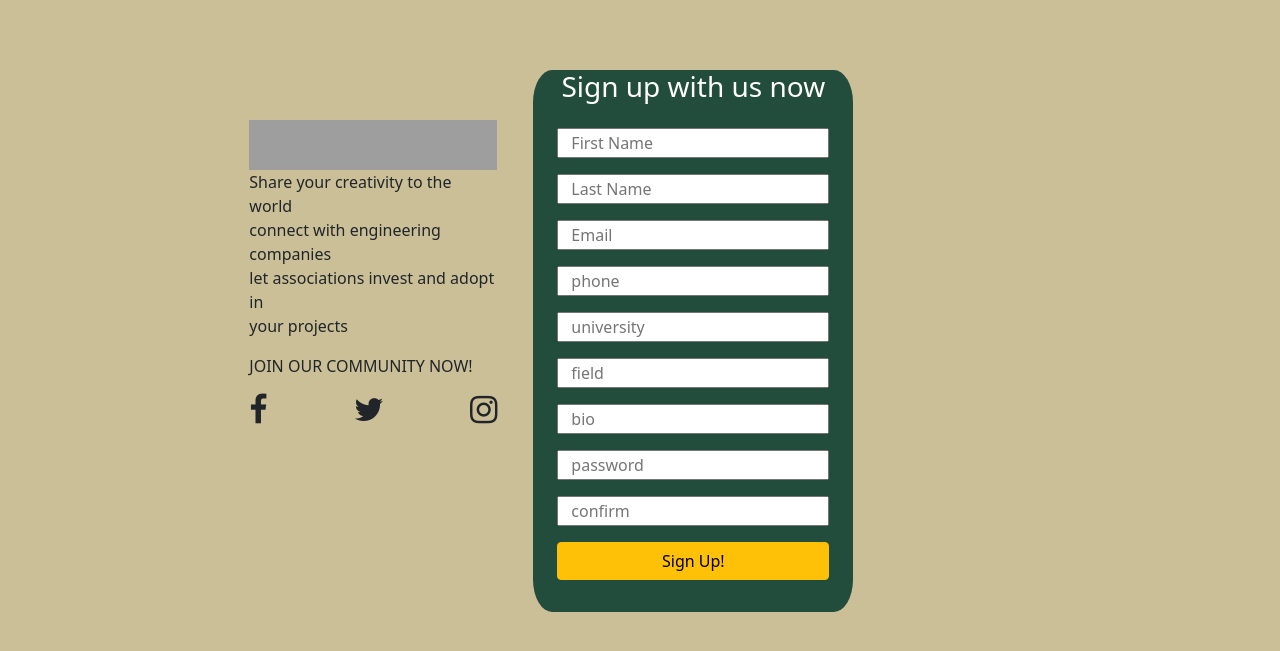
Repository: ahmadjamal-1997/Project-Taqadam
Page: http://localhost/Taqadam/WEB-INF/registrationstudent.jsp
These files come from the project's save history. The page is drawn as it stood at one moment and after the next save; the edit follows.
The browser window is 1280 px wide. The pictures show the whole page.
Pictures or frames that could not be fetched are drawn as grey boxes. The page is served by Tomcat 9. Nobody is signed in. Other server files are loaded and not shown. The template is opened directly, without the code that normally fills it, so the values that code supplies are empty.

Above is the page before, as saved 2022-03-31 10:37:48.

### Taqadam-new/Taqadam-java/Taqadam-new/Taqadam/src/main/webapp/WEB-INF/registrationstudent.jsp
<%@ page language="java" contentType="text/html; charset=UTF-8"
    pageEncoding="UTF-8"%>
<%@ taglib prefix="c" uri="http://java.sun.com/jsp/jstl/core" %>
<%@ taglib prefix="form" uri="http://www.springframework.org/tags/form" %>
<%@ page isErrorPage="true" %>
<!DOCTYPE html PUBLIC "-//W3C//DTD HTML 4.01 Transitional//EN" "http://www.w3.org/TR/html4/loose.dtd">
<html>
<head>
<meta http-equiv="Content-Type" content="text/html; charset=UTF-8">
<title>Registration Page</title>
<link href="https://cdn.jsdelivr.net/npm/bootstrap@5.1.3/dist/css/bootstrap.min.css" rel="stylesheet" integrity="sha384-1BmE4kWBq78iYhFldvKuhfTAU6auU8tT94WrHftjDbrCEXSU1oBoqyl2QvZ6jIW3" crossorigin="anonymous">
<link rel="stylesheet" href="https://cdnjs.cloudflare.com/ajax/libs/font-awesome/4.7.0/css/font-awesome.min.css">
<style>
        img{
            max-height: 50px;
        }
        .form{
            border-radius: 6%;
             display: flex;
             flex-direction: column;

             align-items: center;
             background-color: #224c3c;
        }
        .par{
        display:flex;
        justify-content:space-between;

        }
    </style>
</head>
   <body style="background-color: #cbbf98;">
    <div class="container-fluid" >
        <div class="row" style="height: 70px;">
        </div>
        <div class="row">
            <div class="col-2"></div>
            <div class="col-3">
            <div class="container">
            <div class="row" style="height:50px;">
            </div>
            	<div class="row">
                <img src="/photo/taqdam-01.png" alt="logo">
                </div>
                <p class="par">Share your creativity to the world<br>connect with engineering companies<br>
                let associations invest and adopt in<br>your projects</p>
                <p class="par">JOIN OUR COMMUNITY NOW!</p>
                <p class="par fs-2"><i class="fa fa-facebook-f"></i><i class="fa fa-twitter"></i><i class="fa fa-instagram"></i></p>
            </div>
            </div>
            <div class="col-3 form">
                    <h3 style="color: white;">Sign up with us now</h3>

                <div class="container">
                <form:form method="POST" action="/registration/company" modelAttribute="user">
                    <p><form:errors path="user.*"/></p>

                    <div class="row mb-3">

                            <form:input placeholder="First Name" path="firstName"/>

                    </div>
                    <div class="row mb-3">

                            <form:input placeholder="Last Name" path="lastName"/>

                    </div>
                    <div class="row mb-3">

                            <form:input placeholder="Email" path="email"/>

                    </div>
                    <div class="row mb-3">

                            <form:input placeholder="phone" path="phone"/>

                    </div>
                    <div class="row mb-3">

                       <form:input placeholder="university" path="university"/>

                    </div>
                    <div class="row mb-3">

                        <form:input  placeholder="field" path="field"/>

                    </div>
                    <div class="row mb-3">

                         <form:input placeholder="bio" path="bio"/>

                    </div>
                    <div class="row mb-3">

                         <form:input type="password" placeholder="password" path="password"/>

                    </div>
                    <div class="row mb-3">

                         <form:input type="password" placeholder="confirm" path="confirm"/>

                    </div>
                    <div class="row mb-3">
                    <input type="submit" class="btn btn-warning mb-3" value="Sign Up!"/>
                    </div>
                    </form:form>
                    </div>

            </div>
        </div>
    </div>
</body>
</html>

After the next save:
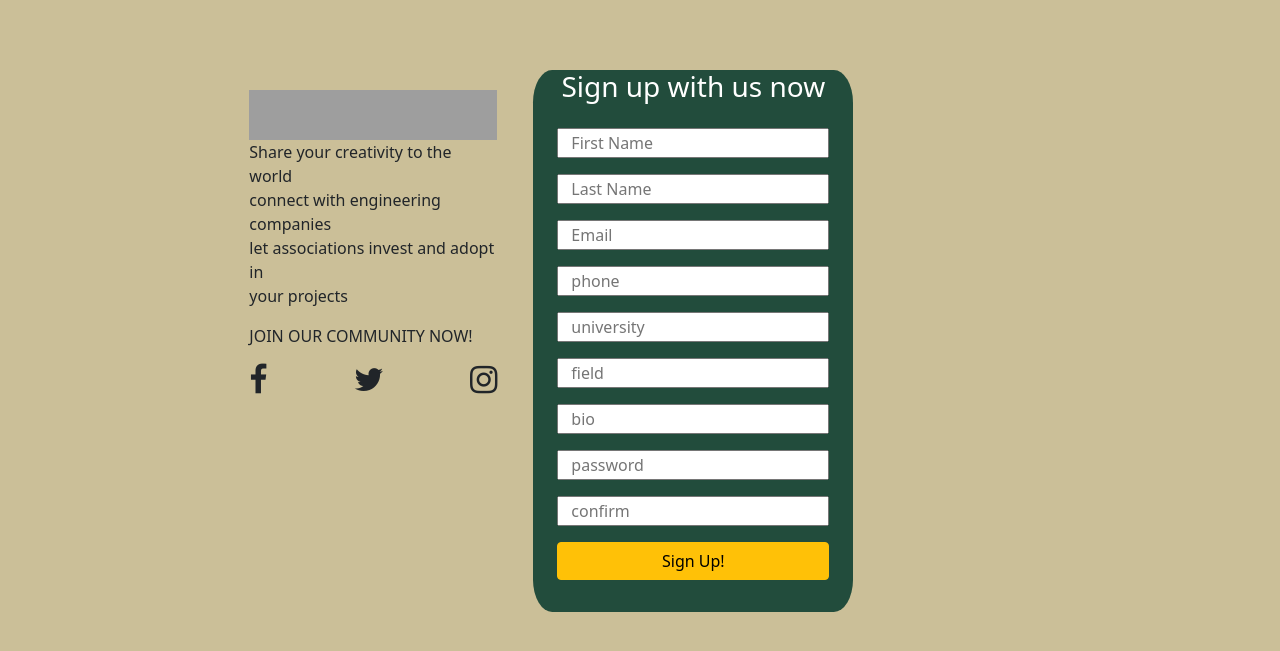
Saved 8 s later.
--- a/Taqadam-new/Taqadam-java/Taqadam-new/Taqadam/src/main/webapp/WEB-INF/registrationstudent.jsp
+++ b/Taqadam-new/Taqadam-java/Taqadam-new/Taqadam/src/main/webapp/WEB-INF/registrationstudent.jsp
@@ -37,7 +37,7 @@
             <div class="col-2"></div>
             <div class="col-3">
             <div class="container">
-            <div class="row" style="height:50px;">
+            <div class="row" style="height:20px;">
             </div>
             	<div class="row">
                 <img src="/photo/taqdam-01.png" alt="logo">
